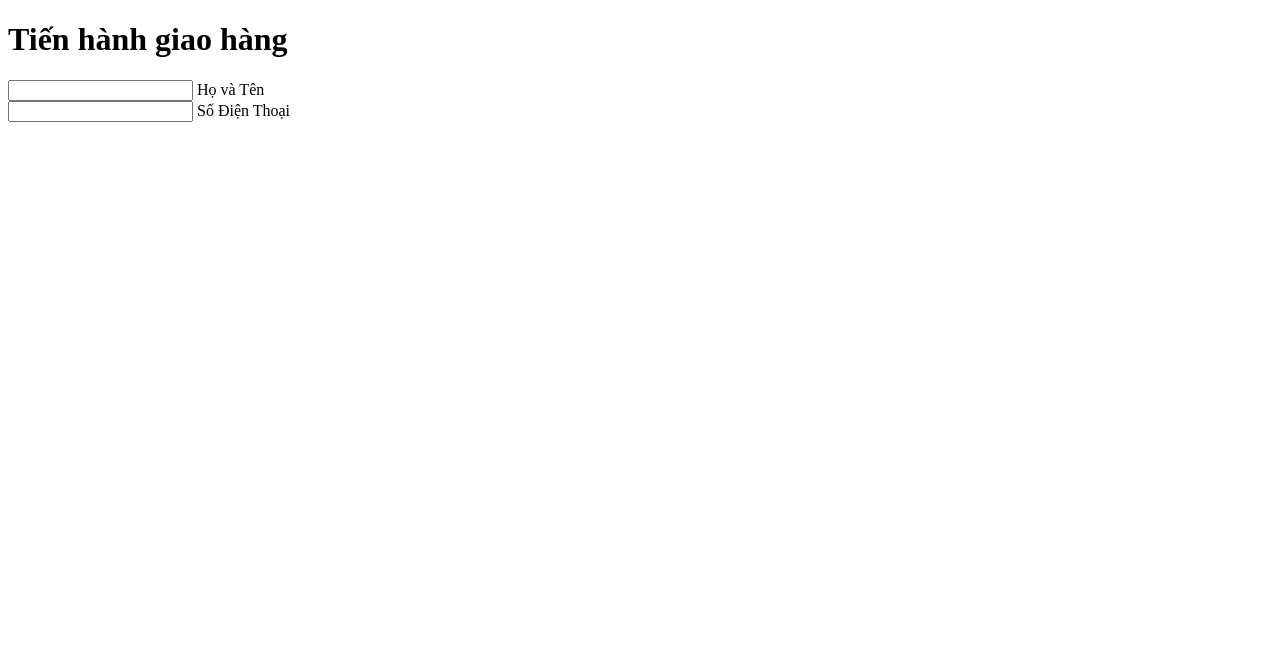
Repository: Pnguyen285/Demo
Page: Giao diện/index.html
The author's editor kept a copy of each file at every save. The page is drawn from the files as they stood at one save, then again after the next save.
The browser window is 1280 px wide. The pictures show the whole page.

Above is the page before, as saved 2023-07-27 21:16:35.
Not found: Giao diện/style/dit.js

After the next save:
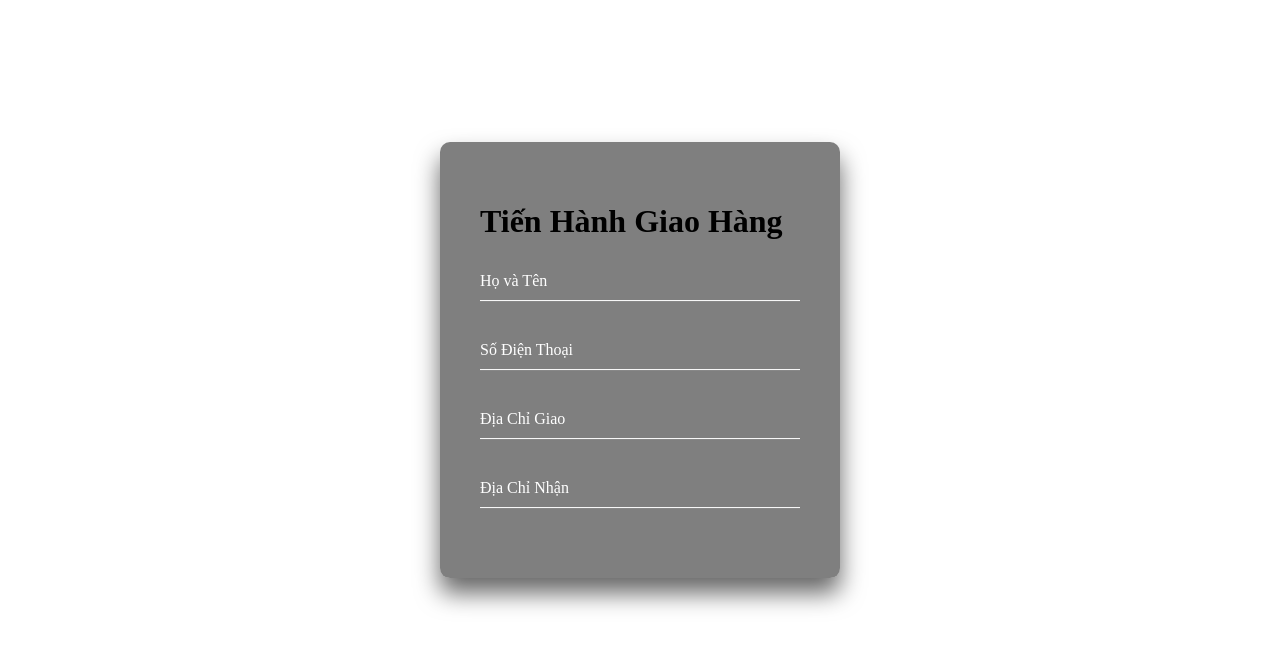
Saved 31 min 37 s later.
--- a/Giao diện/index.html
+++ b/Giao diện/index.html
@@ -1,49 +1,33 @@
 <!DOCTYPE html>
 <html lang="en">
-  <head>
-    <meta charset="UTF-8" />
-    <meta name="viewport" content="width=device-width, initial-scale=1.0" />
-
-    <link rel="stylesheet" href="style.css" />
-    <title>Document</title>
-
-    <style>
-      .attribution {
-        font-size: 20px;
-        text-align: center;
-        margin-top: 2rem;
-      }
-      .attribution a {
-        color: hsl(228, 45%, 44%);
-      }
-    </style>
-  </head>
-  <body>
-    <div class="container">
-      <div class="text">
-        <h1>Tiến hành giao hàng</h1>
-
-
+<head>
+  <meta charset="UTF-8">
+  <meta name="viewport" content="width=device-width, initial-scale=1.0">
+  <title>Document</title>
+  <link rel="stylesheet" type="" href="style.css">
+</head>
+<body>
+  <div class="login-box">
+    <h1>Tiến Hành Giao Hàng</h1>
+    <form>
+      <div class="user-box">
+        <input type="text" name="" required="">
+        <label>Họ và Tên</label>
+      </div>
+      <div class="user-box">
+        <input type="password" name="" required="">
+        <label>Số Điện Thoại</label>
+      </div>
+      <div class="user-box">
+        <input type="password" name="" required="">
+        <label>Địa Chỉ Giao</label>
+      </div>
+      <div class="user-box">
+        <input type="password" name="" required="">
+        <label>Địa Chỉ Nhận</label>
       </div>
 
-      <div class="form">
-
-        <form>
-            <div class="user-box">
-              <input type="text" name="" required="">
-              <label>Họ và Tên</label>
-            </div>
-            <div class="user-box">
-              <input type="text" name="" required="">
-              <label>Số Điện Thoại</label>
-            </div>
-          </div>
-
-        </form>
-      </div>
-    </div>
-
-
-    <script src="./style/dit.js"></script>
-  </body>
+    </form>
+  </div>
+</body>
 </html>
